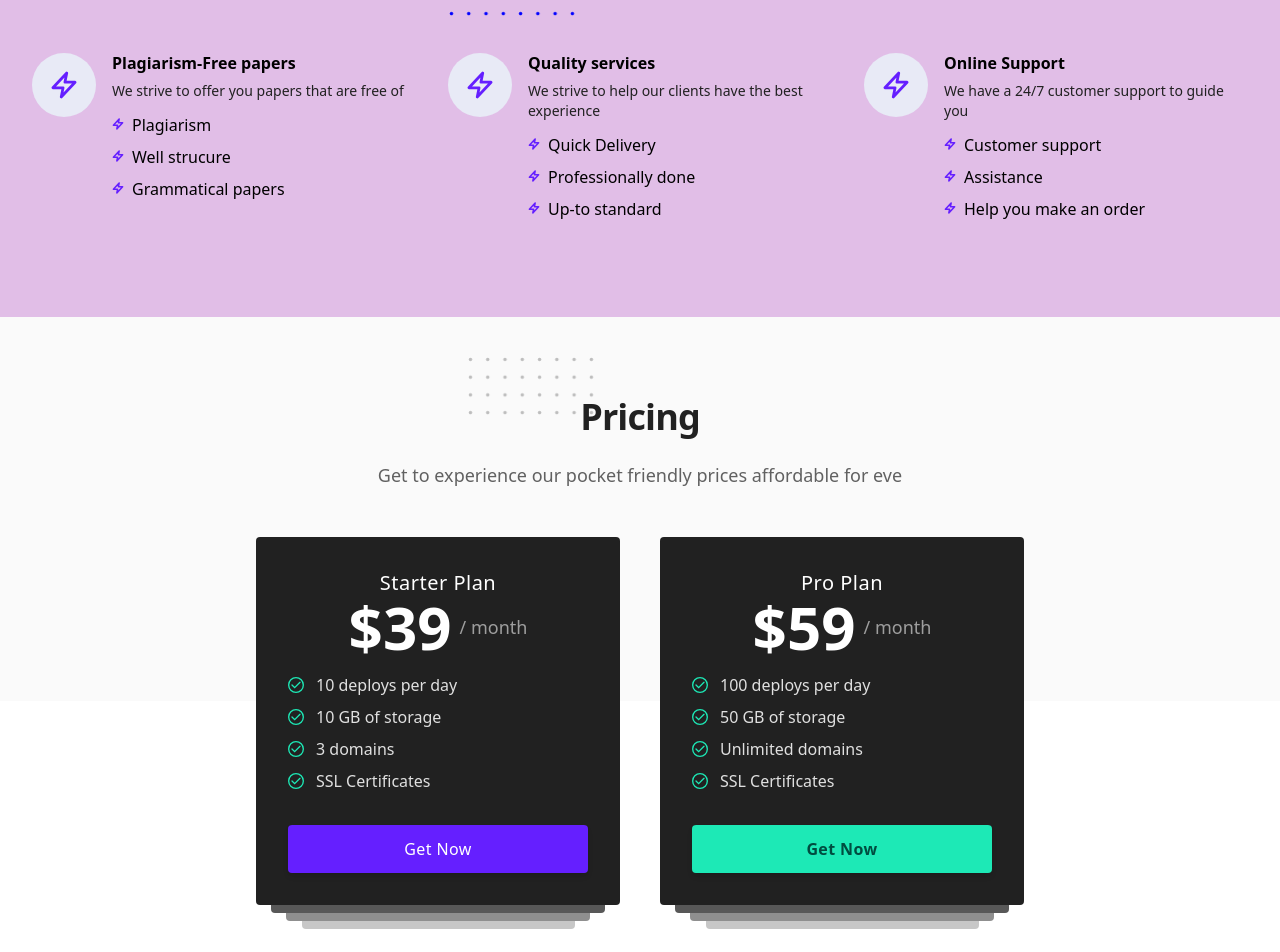
Repository: henrykash/WritingSite
Page: /
An editor plug-in stored every save of this project. The page is shown before and after the next save, followed by the edit.
The browser window is 1280 px wide. The pictures show the part of the page from y = 778 to 1730 px (the page is 3299 px tall).
The project was rebuilt for these pictures with package versions that can differ from the ones it lists, and the page was loaded fresh each time. The framework's server and built-in components were replaced by stand-ins that run in the browser. Also part of the build but not shown: next.config.js, styles/topnav.module.css, styles/tierstyles.module.css.

Above is the page before, as saved 2021-04-23 15:05:20.

After the next save:
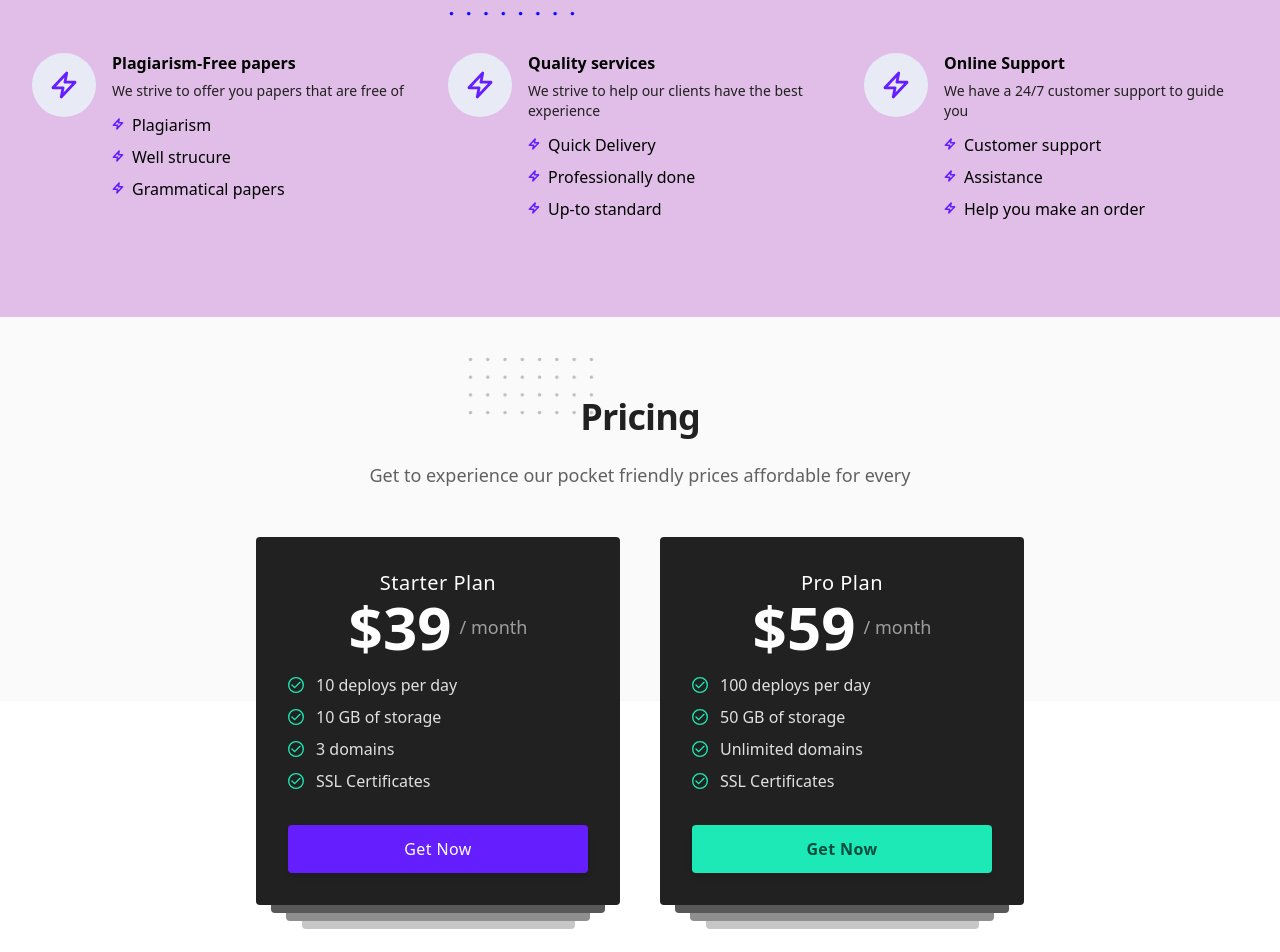
Saved 1 s later.
--- a/Components/pricingTiers/PricingTiers.js
+++ b/Components/pricingTiers/PricingTiers.js
@@ -43,7 +43,7 @@ const PricingTiers = () => {
 
               </h2>
               <p class="text-base text-gray-700 md:text-lg">
-                Get to experience our pocket friendly prices affordable for eve
+                Get to experience our pocket friendly prices affordable for every
               </p>
             </div>
             <div class="grid max-w-screen-md gap-10 md:grid-cols-2 sm:mx-auto">
